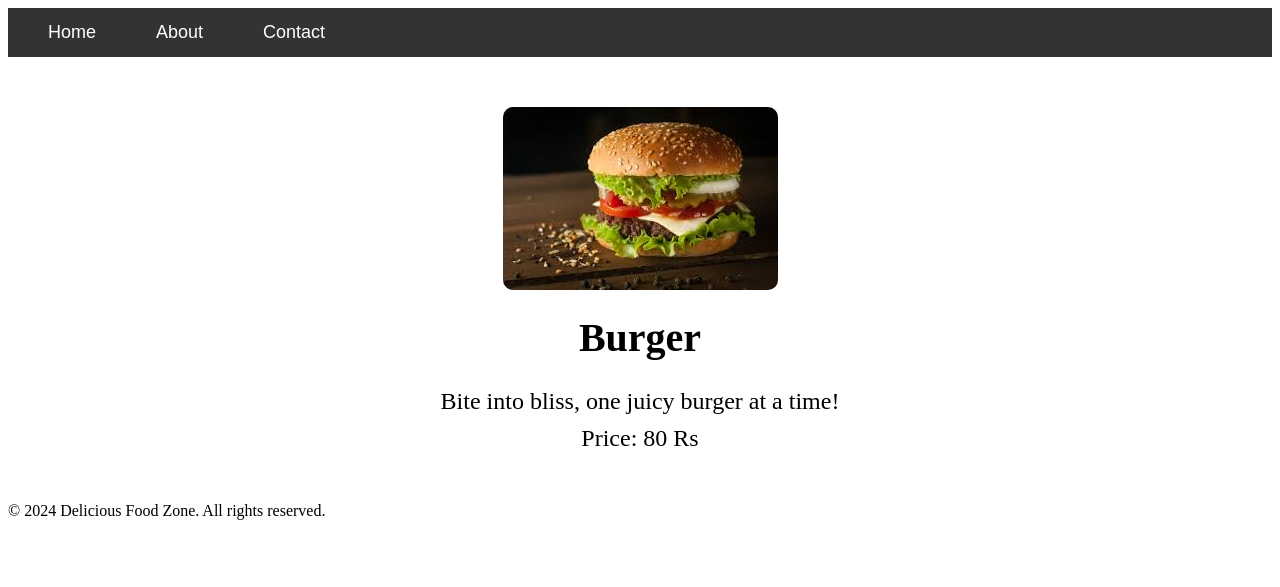
Repository: Shreya-Bonde/Restaurant-management-system
Page: burger.html
The author's editor kept a copy of each file at every save. The page is drawn from the files as they stood at one save, then again after the next save.
The browser window is 1280 px wide. The pictures show the whole page.

Above is the page before, as saved 2024-11-09 01:22:29.

After the next save:
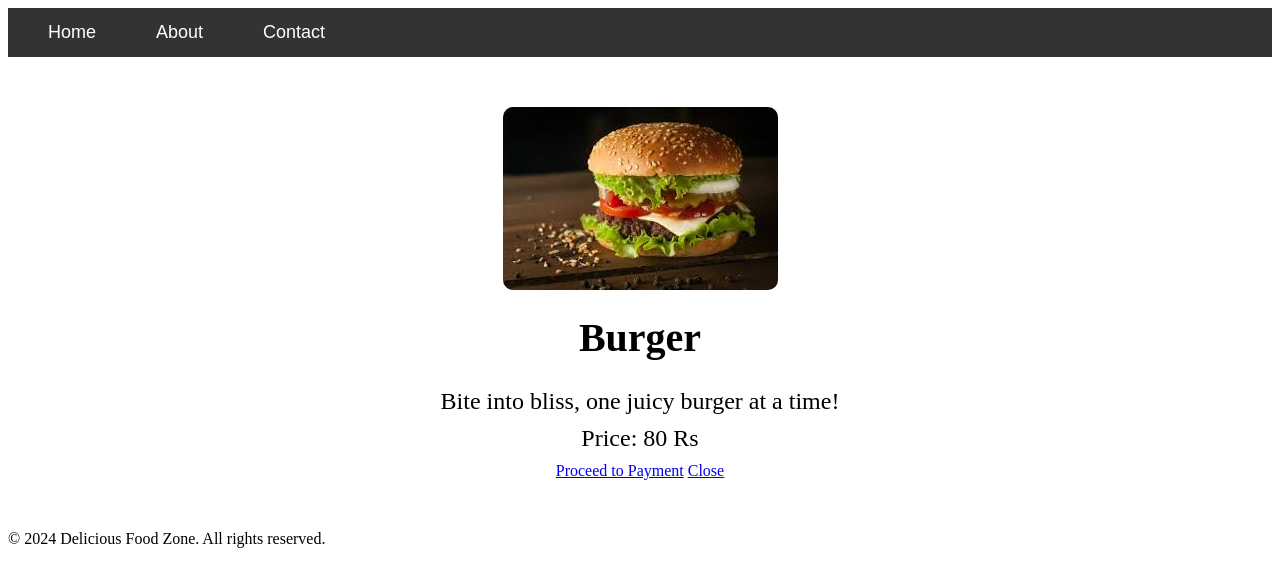
Saved 4 s later.
--- a/burger.html
+++ b/burger.html
@@ -115,6 +115,8 @@
         <!-- <button onclick="window.location.href='order.html' alert('Order Placed!')">Order Now</button> -->
 
         <!-- <button onclick="alert('Order Placed!')">Order Now</button> -->
+        <a href="payment.html">Proceed to Payment</a>
+        <a href="#" class="close-btn">Close</a>
     </div>
 
     <footer>
